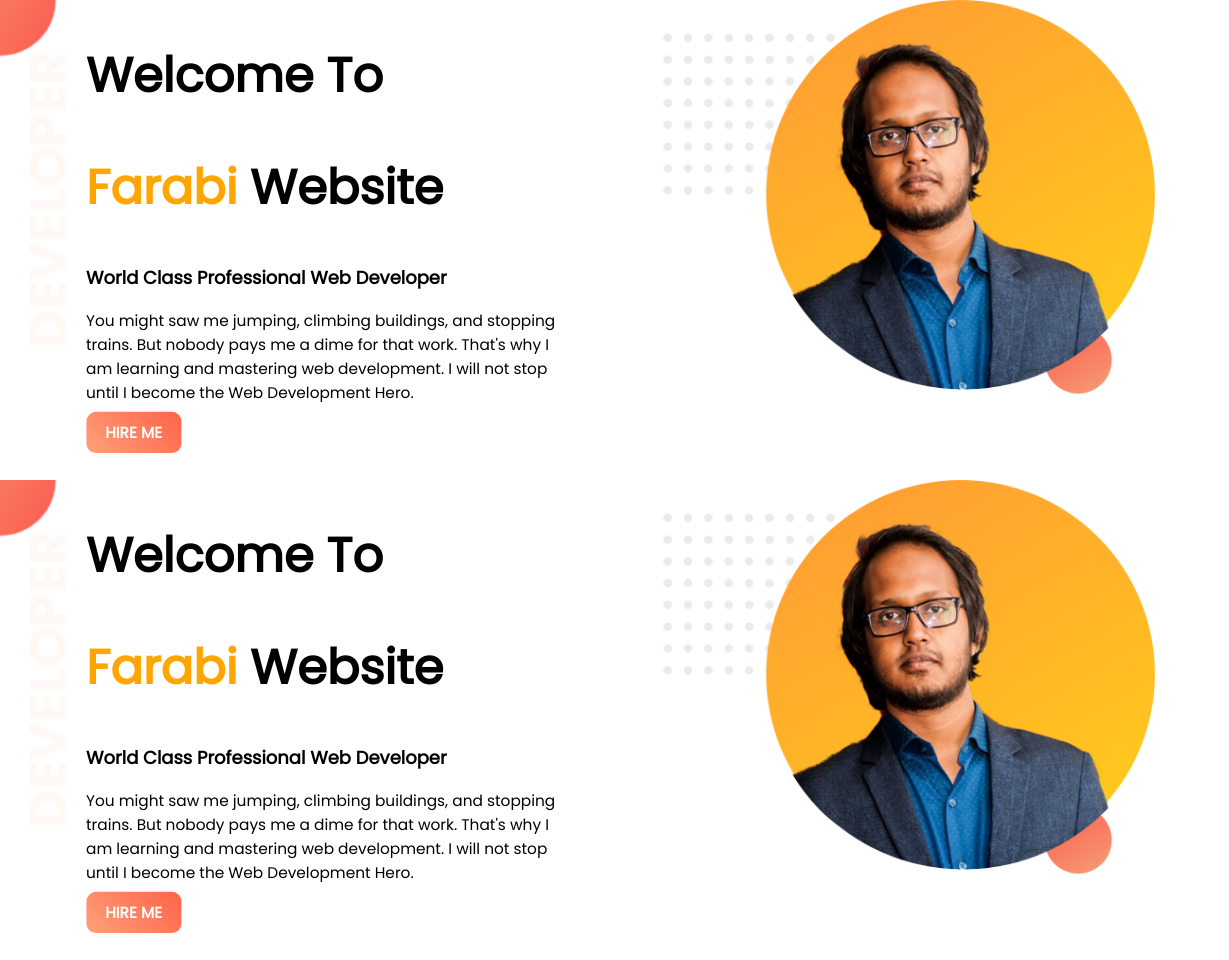
Repository: mohsinfarabi/web-portfolio
Page: index.html
The author's editor kept a copy of each file at every save. The page is drawn from the files as they stood at one save, then again after the next save.
The browser window is 1280 px wide. The pictures show the whole page, at 96% of full size.

Above is the page before, as saved 2020-06-30 23:08:47.

### index.html
<!DOCTYPE html>
<html lang="en">

<head>
    <meta charset="UTF-8">
    <meta name="viewport" content="width=device-width, initial-scale=1.0">
    <link href="https://fonts.googleapis.com/css2?family=Poppins" rel="stylesheet">
    <title>Farabi Web Developer</title>
    <link rel="stylesheet" href="style.css">
</head>

<body>
    <section class="top-banner">
        <div class="half-width">
            <h1>Welcome To</h1>
            <h1><span class="name-highlight">Farabi</span> Website</h1>
            <h3>World Class Professional Web Developer</h3>
            <p>You might saw me jumping, climbing buildings, and stopping trains. But nobody pays me a dime for that work. That's why I am learning and mastering web development. I will not stop until I become the Web Development Hero.</p>
            <a class="link-button" target="_blank" href="https://www.linkedin.com/in/mohsin-farabi-68655040/">HIRE ME</a>
        </div>
        <div class="half-width">
            <img src="images/profile1.png" alt="">
        </div>
    </section>
    <section class="dream-area">
        <div class="half-width">
            <h1>Welcome To</h1>
            <h1><span class="name-highlight">Farabi</span> Website</h1>
            <h3>World Class Professional Web Developer</h3>
            <p>You might saw me jumping, climbing buildings, and stopping trains. But nobody pays me a dime for that work. That's why I am learning and mastering web development. I will not stop until I become the Web Development Hero.</p>
            <a class="link-button" target="_blank" href="https://www.linkedin.com/in/mohsin-farabi-68655040/">HIRE ME</a>
        </div>
        <div class="half-width">
            <img src="images/profile1.png" alt="">
        </div>
    </section>
</body>

</html>

### style.css
body {
    margin: 0;
    font-family: 'Poppins', sans-serif;
}

h1 {
    font-size: 50px;
}

.name-highlight {
    color: orange;
}

.half-width {
    width: 40%;
    float: left;
    margin-left: 5%;
    padding-left: 2%;
}

.half-width img {
    width: 100%;
}

.top-banner {
    background-image: url(images/top-banner.png);
    background-repeat: no-repeat;
}

.dream-area {
    background-image: url(images/top-banner.png);
    background-repeat: no-repeat;
}

section {
    height: 500px;
}

.link-button {
    text-decoration: none;
    background-image: linear-gradient(45deg, lightSalmon, tomato);
    padding: 10px 20px;
    border-radius: 10px;
    color: white;
    font-weight: 700;
}

After the next save:
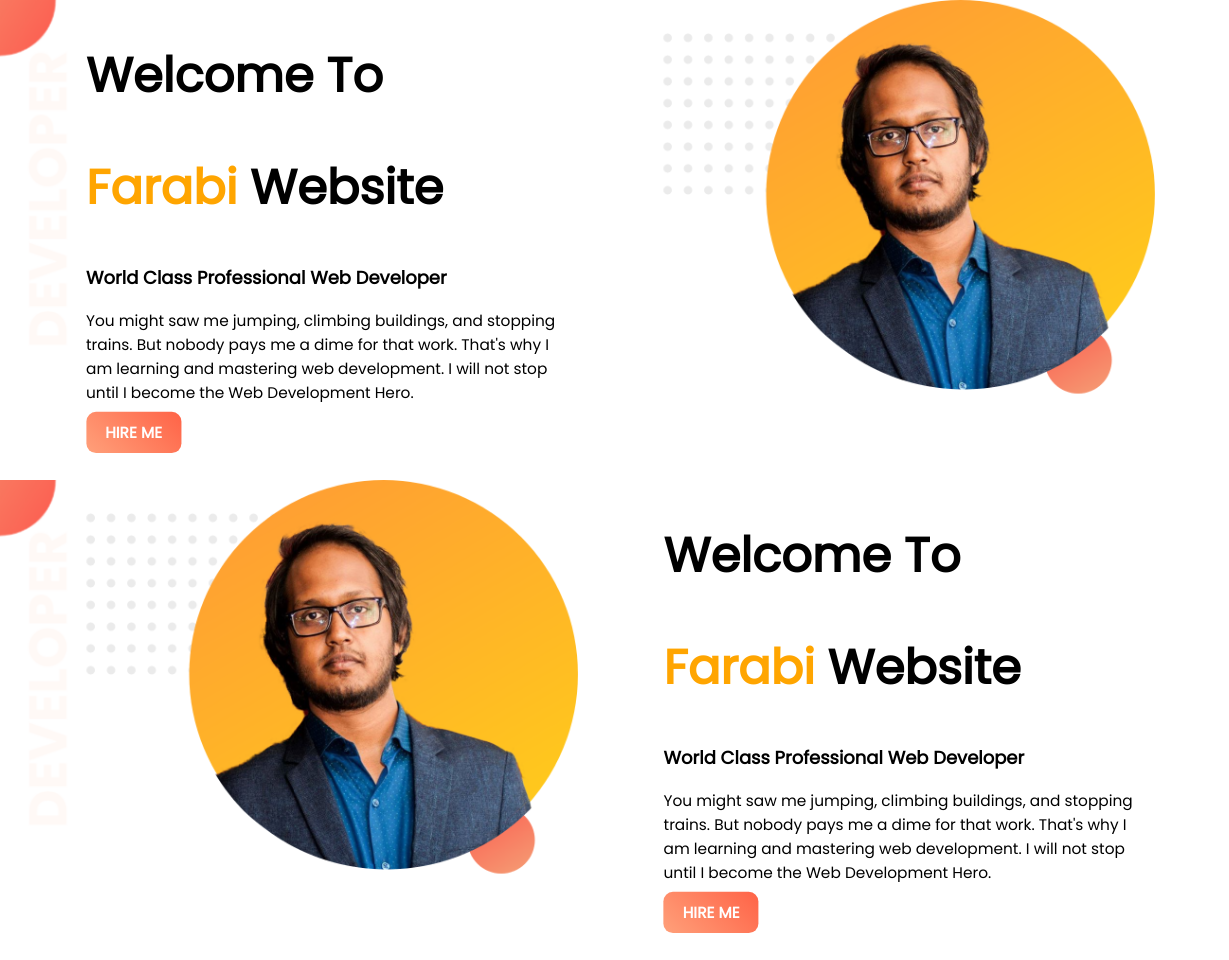
Saved 12 s later.
--- a/index.html
+++ b/index.html
@@ -24,15 +24,16 @@
     </section>
     <section class="dream-area">
         <div class="half-width">
+            <img src="images/profile1.png" alt="">
+        </div>
+        <div class="half-width">
             <h1>Welcome To</h1>
             <h1><span class="name-highlight">Farabi</span> Website</h1>
             <h3>World Class Professional Web Developer</h3>
             <p>You might saw me jumping, climbing buildings, and stopping trains. But nobody pays me a dime for that work. That's why I am learning and mastering web development. I will not stop until I become the Web Development Hero.</p>
             <a class="link-button" target="_blank" href="https://www.linkedin.com/in/mohsin-farabi-68655040/">HIRE ME</a>
         </div>
-        <div class="half-width">
-            <img src="images/profile1.png" alt="">
-        </div>
+
     </section>
 </body>
 
